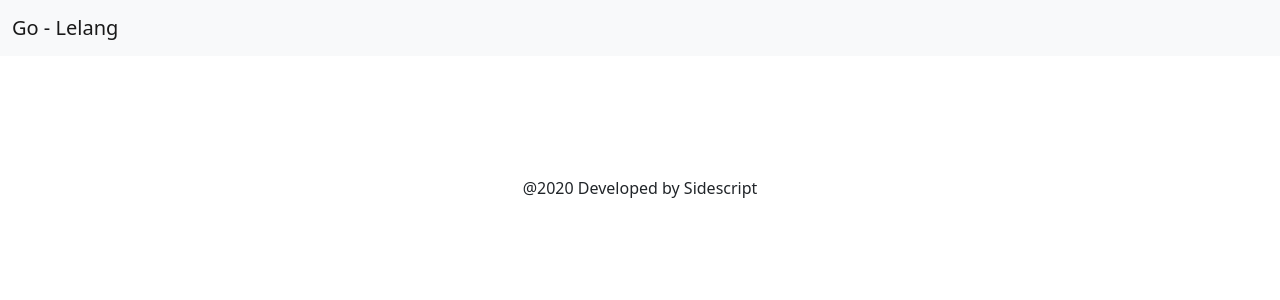
Repository: khulqu15/Go---Lelalng
Page: http://localhost/login
The author's editor kept a copy of each file at every save. The page is drawn from the files as they stood at one save, then again after the next save.
The browser window is 1280 px wide. The pictures show the whole page.
The page is served by the project's Laravel application, run on PHP 8.4 with Laravel 8.

Above is the page before, as saved 2021-02-22 15:50:20.

After the next save:
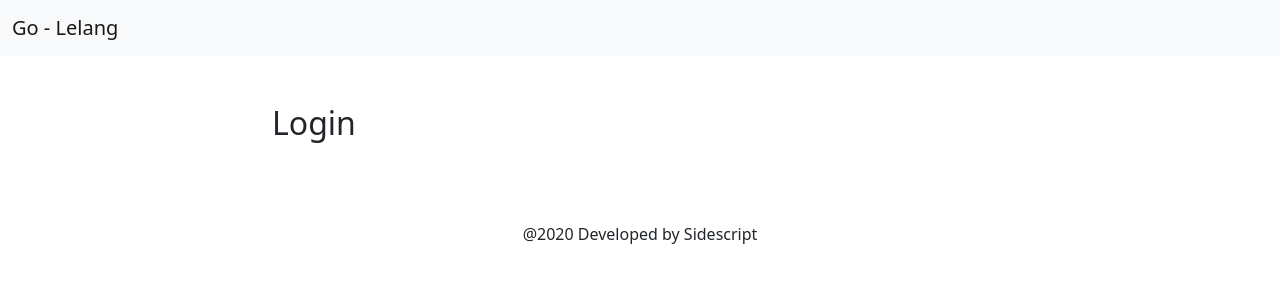
Saved 7 s later.
--- a/resources/views/auth/login.blade.php
+++ b/resources/views/auth/login.blade.php
@@ -6,7 +6,7 @@
 <div class="container py-5">
     <div class="row">
         <div class="col-md-6 offset-md-2">
-
+            <h2>Login</h2>
         </div>
     </div>
 </div>
